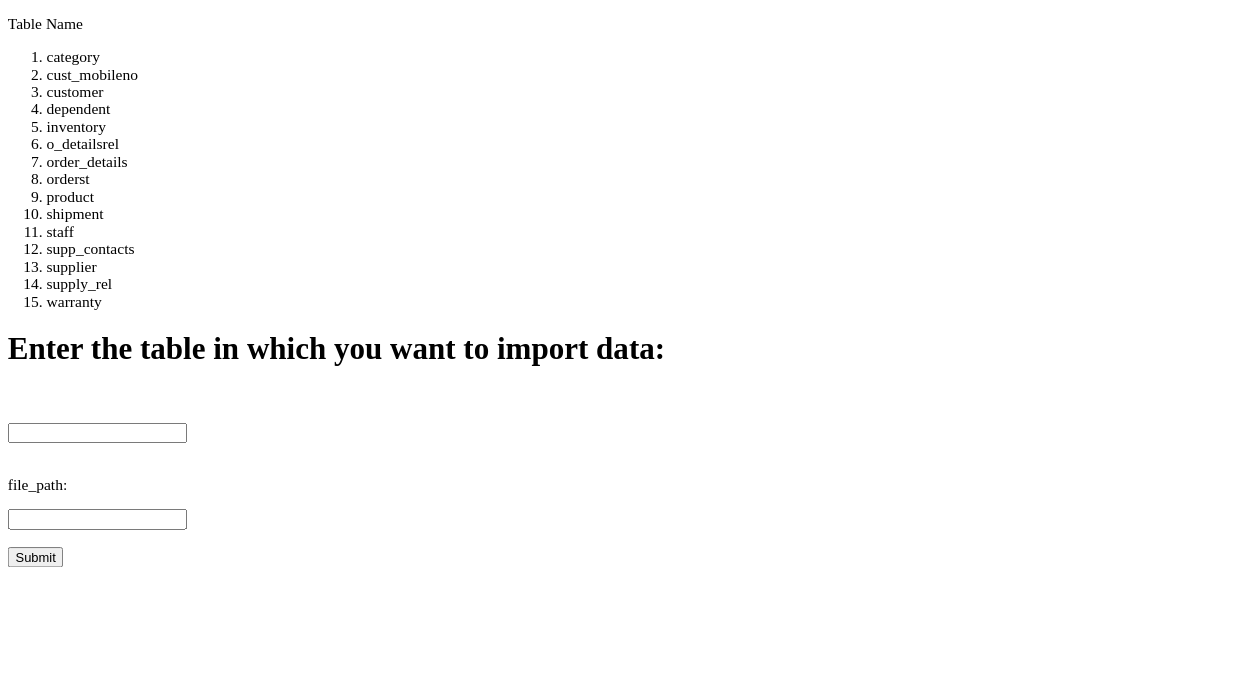
Repository: cyrusdwivedi2002/inventory-management-system
Page: DemoApp/src/main/webapp/import.html
These files come from the project's save history. The page is drawn as it stood at one moment and after the next save; the edit follows.
The browser window is 1280 px wide. The pictures show the whole page, at 97% of full size.
Some web fonts or font styles are not loaded; a fallback is used.

Above is the page before, as saved 2022-06-24 19:19:14.

### DemoApp/src/main/webapp/import.html
<!DOCTYPE html>
<html>
<head>
<meta charset="ISO-8859-1">
<title>Insert title here</title>
</head>
<body>
<form action = "./ImportTable" method = "post">
	 <p>Table Name</p>
	 <ol>
  <li>category</li>
  <li>cust_mobileno</li>
  <li>customer</li>
  <li>dependent</li>
  <li>inventory</li>
  <li>o_detailsrel</li>
  <li>order_details</li>
  <li>orderst</li>
  <li>product</li>
  <li>shipment</li>
  <li>staff</li>
  <li>supp_contacts</li>
  <li>supplier</li>
  <li>supply_rel</li>
  <li>warranty</li>
	</ol>

	<h1>Enter the table in which you want to import data: </h1>
	  <br/><br/>
	 <input type="text" name="table_name"/>
	 <br/><br/>
	 <p>file_path:</p>
     <input type="text" name="file_path"/>
     <br/><br/>
	  <input type="submit"/>

</form>


</body>
</html>

After the next save:
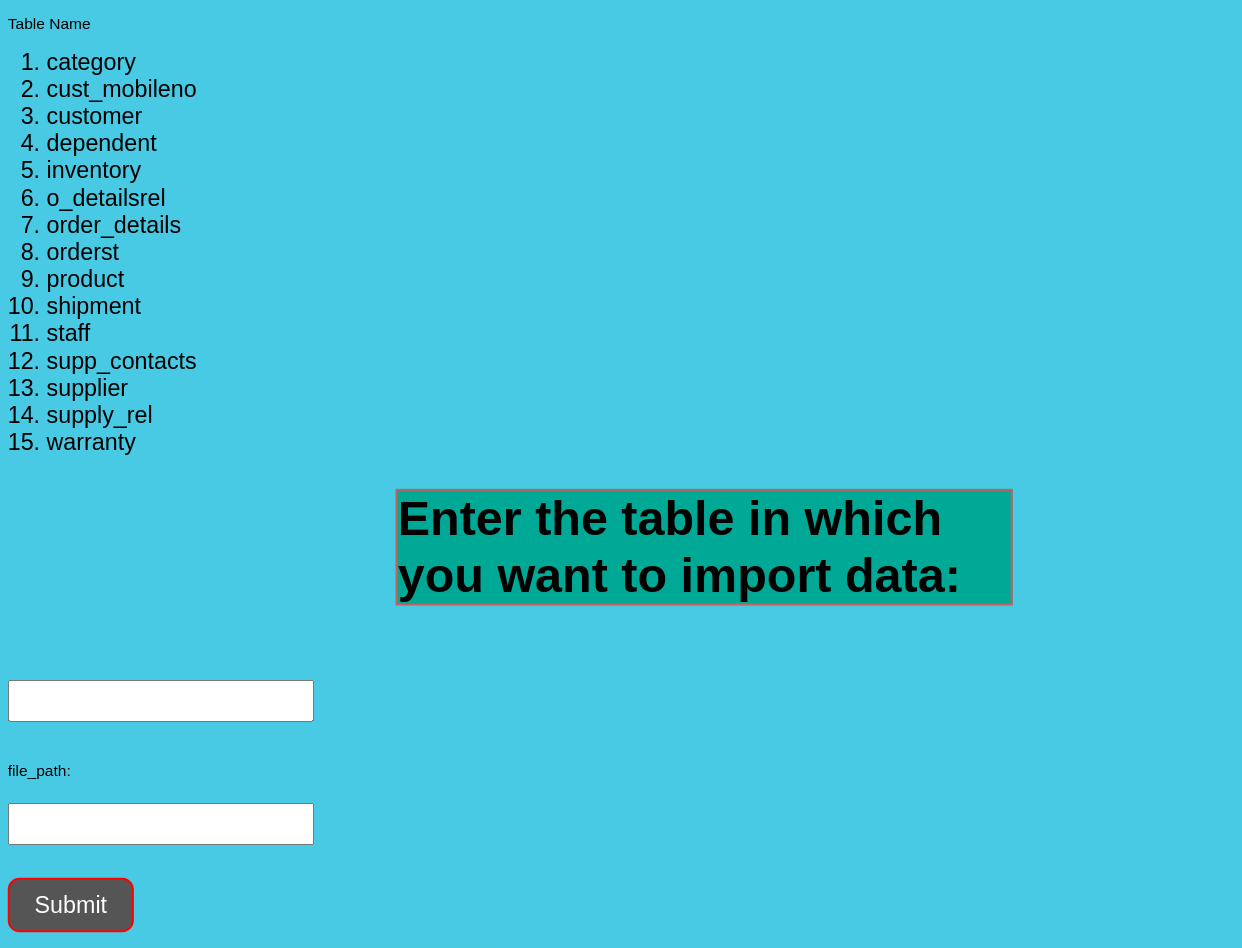
Saved 70 s later.
--- a/DemoApp/src/main/webapp/import.html
+++ b/DemoApp/src/main/webapp/import.html
@@ -2,6 +2,61 @@
 <html>
 <head>
 <meta charset="ISO-8859-1">
+
+<link rel="preconnect" href="https://fonts.googleapis.com">
+<link rel="preconnect" href="https://fonts.gstatic.com" crossorigin>
+<link href="https://fonts.googleapis.com/css2?family=Anek+Latin:wght@500&family=Smooch&display=swap" rel="stylesheet">
+<style>
+
+body {
+background-color: #48cae4;
+font-family: 'Anek Latin', sans-serif;
+}
+
+h1{
+color: black;
+background-color:#00a896;
+width: 50%;
+margin-left:8em;
+padding-right:0;
+border: 2px solid indianred;
+font-size:50px;
+}
+
+li{
+font-size:x-large;
+}
+input{
+  width: 25%;
+  padding-top:12px;
+  padding-bottom:12px;
+  margin: 8px 0;
+  box-sizing: border-box;
+}
+input[type=text]:focus {
+  border: 3px solid #555;
+}
+#button{
+background-color: #555555;
+color:white;
+font-size: 24px;
+width:130px;
+border-radius: 12px;
+border:2px solid red;
+}
+#button:hover{
+cursor:pointer;
+background-color:#ef476f;
+box-shadow: 0 12px 16px 0 rgba(0,0,0,0.75), 0 17px 50px 0 rgba(0,0,0,0.50);
+transition: all 0.4s;
+}
+#button:active {
+  background-color: #4CAF50; /* Green */
+  color: white;
+}
+
+</style>
+
 <title>Insert title here</title>
 </head>
 <body>
@@ -32,7 +87,7 @@
 	 <p>file_path:</p>
      <input type="text" name="file_path"/>
      <br/><br/>
-	  <input type="submit"/>
+	  <input id="button" type="submit"/>
 
 </form>
 
